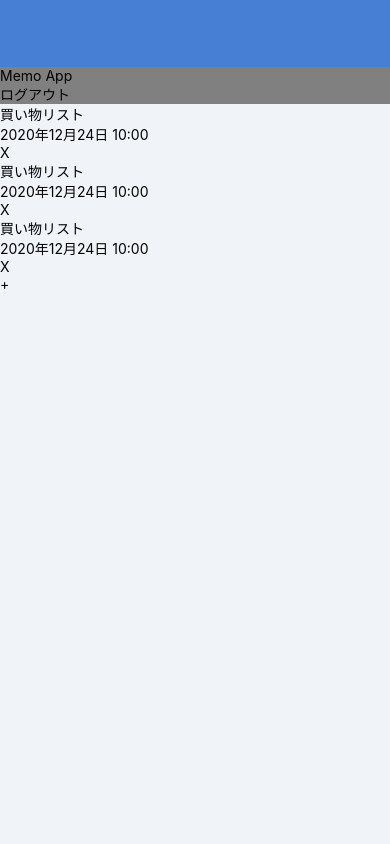
Repository: hirano-step/MemoApp
Screen: /
These files come from the project's save history. The screen is drawn as it stood at one moment and after the next save; the edit follows.
The app was drawn by React Native's web renderer in a window 390 px wide. The project was rebuilt for these pictures with package versions that can differ from the ones it lists, and the page was loaded fresh each time.

Above is the screen before, as saved 2023-01-12 11:06:35.

### App.jsx
import { StyleSheet, Text, View } from 'react-native';

export default function App() {
  return (
    <View style={styles.container}>
      <View style={styles.appbar}>
        <View style={styles.appbarInner}>
          <Text>Memo App</Text>
          <Text>ログアウト</Text>
        </View>
      </View>

      <View>
        <View>
          <View>
            <Text>買い物リスト</Text>
            <Text>2020年12月24日 10:00</Text>
          </View>
          <View>
            <Text>X</Text>
          </View>
        </View>

        <View>
          <View>
            <Text>買い物リスト</Text>
            <Text>2020年12月24日 10:00</Text>
          </View>
          <View>
            <Text>X</Text>
          </View>
        </View>

        <View>
          <View>
            <Text>買い物リスト</Text>
            <Text>2020年12月24日 10:00</Text>
          </View>
          <View>
            <Text>X</Text>
          </View>
        </View>
      </View>

      <View>
        <Text>+</Text>
      </View>

    </View>
  );
}

const styles = StyleSheet.create({
  container: {
    flex: 1,
    backgroundColor: '#F0F4F8',
  },
  appbar: {
    width: '100%',
    height: 104,
    backgroundColor: '#467FD3',
    justifyContent: 'flex-end',
  },
  appbarInner: {
    backgroundColor: 'gray',
  },
});

After the next save:
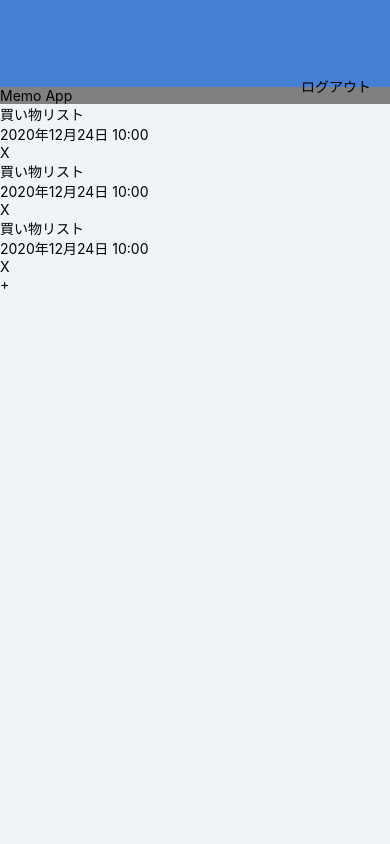
Saved 70 s later.
--- a/App.jsx
+++ b/App.jsx
@@ -6,7 +6,7 @@ export default function App() {
       <View style={styles.appbar}>
         <View style={styles.appbarInner}>
           <Text>Memo App</Text>
-          <Text>ログアウト</Text>
+          <Text style={styles.appbarRight}>ログアウト</Text>
         </View>
       </View>
 
@@ -64,4 +64,9 @@ const styles = StyleSheet.create({
   appbarInner: {
     backgroundColor: 'gray',
   },
+  appbarRight: {
+    position: 'absolute',
+    right: 19,
+    bottom: 8,
+  },
 });
